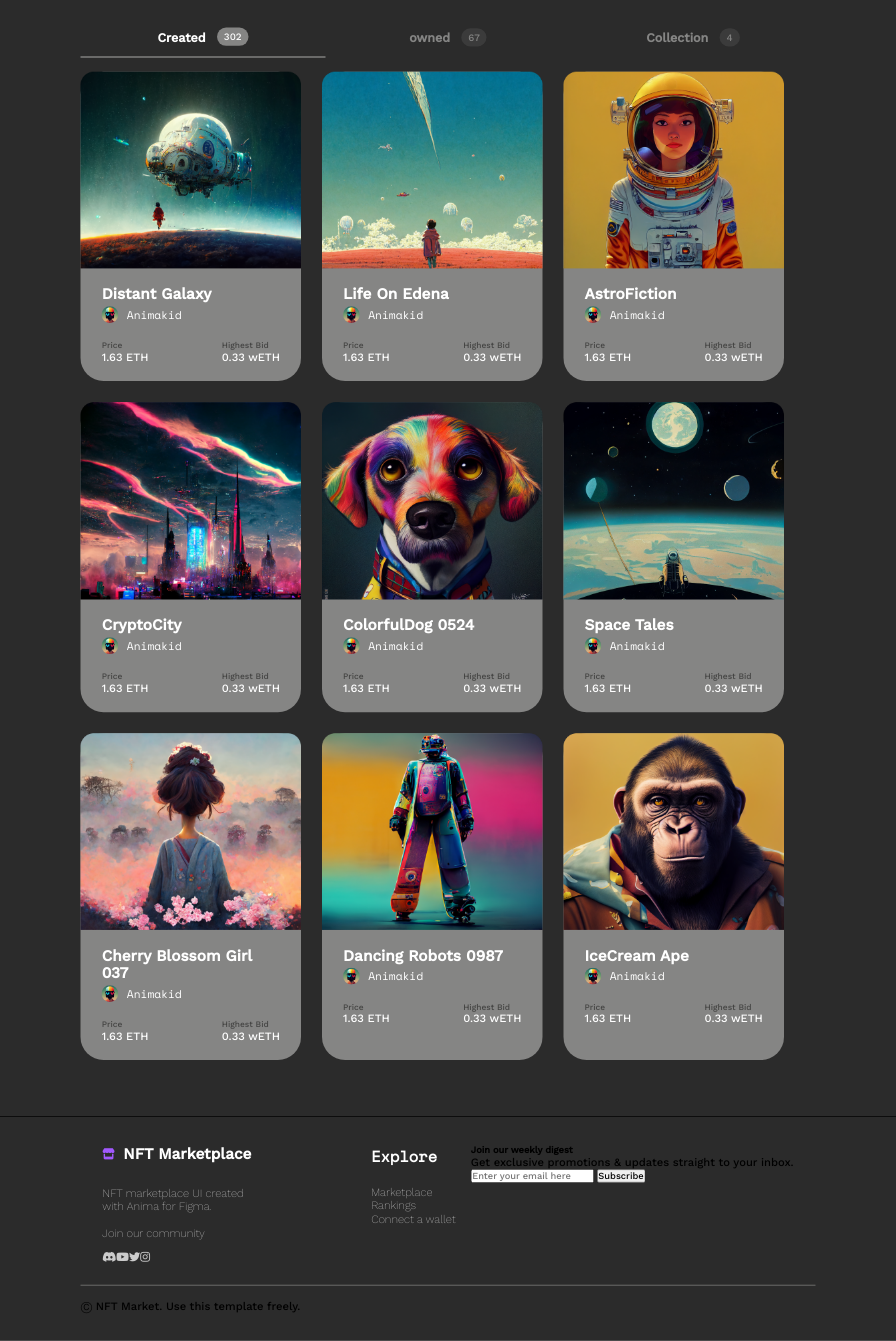
Repository: levananh202ht/NFT_Marketplace
Page: index.html
The author's editor kept a copy of each file at every save. The page is drawn from the files as they stood at one save, then again after the next save.
The browser window is 1280 px wide. The pictures show the part of the page from y = 849 to 2769 px (the page is 2764 px tall before and 2769 px after), at 70% of full size.

Above is the page before, as saved 2023-12-11 01:47:10.

### index.html
<!DOCTYPE html>
<html lang="en">
<head>
    <meta charset="UTF-8">
    <meta name="viewport" content="width=device-width, initial-scale=1.0">
    <link rel="stylesheet" href="index.css">
    <link rel="stylesheet" href="responsive.css">
    <link rel="stylesheet" href="https://cdnjs.cloudflare.com/ajax/libs/font-awesome/6.5.1/css/all.min.css" integrity="sha512-DTOQO9RWCH3ppGqcWaEA1BIZOC6xxalwEsw9c2QQeAIftl+Vegovlnee1c9QX4TctnWMn13TZye+giMm8e2LwA==" crossorigin="anonymous" referrerpolicy="no-referrer" />
    <title>Document</title>
</head>
<body>
    <div class="nft_container">
        <!-- header -->
        <div class="nft_header">

            <div class="nft_header-left">
                <i class="fa-solid fa-store"></i>
                <h3>NFT Marketplace</h3>
            </div>

            <ul class="nft_header-right">
                <li class="nft_header-right-item">Marketplace</li>
                <li class="nft_header-right-item">Rankings</li>
                <li class="nft_header-right-item">Connect a wallet</li>
                <li class="nft_header-right-item">
                    <div>
                        <i class="fa-regular fa-user"></i>
                        <p>Sign Up</p>
                    </div>
                </li>
            </ul>

            <i class="icon-bar-responsive fa-solid fa-bars-staggered"></i>

        </div>
        <!-- profileImage -->
        <div class="nft_profileImage">
            <img src="./assets/images/Avatar Placeholder.png" alt="">
        </div>
        <!-- userInfo -->
        <div class="nft_userInfo">

            <div class="nft_userInfo-top">

                <h2>Animakid</h2>
                <div class="nft_userInfo-top-button">
                    <button>
                        <i class="fa-regular fa-copy"></i>
                        <p>0xc0E3...B79C</p>
                    </button>
                    <button>
                        <i class="fa-solid fa-plus"></i>
                        <p>Follow</p>
                    </button>
                </div>

            </div>

            <div class="nft_userInfo-bottom">

                <div class="nft_userInfo-bottom-param">

                    <div>
                        <p class="param">250k+</p>
                        <p class="text">Volume</p>
                    </div>

                    <div>
                        <p class="param">50+</p>
                        <p class="text">NFTs Sold</p>
                    </div>

                    <div>
                        <p class="param">3000+</p>
                        <p class="text">Followers</p>
                    </div>

                </div>

                <div class="nft_userInfo-bottom-bio">

                    <h5>Bio</h5>
                    <p>The internet's friendliest designer kid.</p>

                </div>

                <div class="nft_userInfo-bottom-links">

                    <h5>Links</h5>
                    <ul>
                        <li>
                            <a href="">
                                <i class="fa-solid fa-globe"></i>
                            </a>
                        </li>
                        <li>
                            <a href="https://discord.com/">
                                <i class="fa-brands fa-discord"></i>
                            </a>
                        </li>
                        <li>
                            <a href="https://www.youtube.com/">
                                <i class="fa-brands fa-youtube"></i>
                            </a>
                        </li>
                        <li>
                            <a href="https://twitter.com/">
                                <i class="fa-brands fa-twitter"></i>
                            </a>
                        </li>
                        <li>
                            <a href="https://www.instagram.com/">
                                <i class="fa-brands fa-instagram"></i>
                            </a>
                        </li>
                    </ul>

                </div>

            </div>

        </div>
        <!-- tab -->
        <div class="nft_tab">

            <div class="nft_tab-1">
                <h5>Created</h5>
                <p>302</p>
            </div>
            <div class="nft_tab-2">
                <h5>owned</h5>
                <p>67</p>
            </div>
            <div class="nft_tab-3">
                <h5>Collection</h5>
                <p>4</p>
            </div>

        </div>
        <!-- cardSection -->
        <div class="nft_cardSection">

            <div class="nft_cardSection-item">

                <img class="nft_cardSection-item-img" src="./assets/images/Image Placeholder (1).png" alt="Image Placeholder">

                <div class="nft_cardSection-item-info">

                    <h5>Distant Galaxy</h5>
                    <div >
                        <img src="./assets/images/Avatar Placeholder.png" alt="Avatar">
                        <p>Animakid</p>
                    </div>
                    <div >
                        <span>
                            <p>Price</p>
                            <p>1.63 ETH</p>
                        </span>
                        <span>
                            <p>Highest Bid</p>
                            <p>0.33 wETH</p>
                        </span>
                    </div>

                </div>

            </div>
            <div class="nft_cardSection-item">

                <img class="nft_cardSection-item-img" src="./assets/images/Image Placeholder (2).png" alt="Image Placeholder">

                <div class="nft_cardSection-item-info">

                    <h5>Life On Edena</h5>
                    <div >
                        <img src="./assets/images/Avatar Placeholder.png" alt="Avatar">
                        <p>Animakid</p>
                    </div>
                    <div >
                        <span>
                            <p>Price</p>
                            <p>1.63 ETH</p>
                        </span>
                        <span>
                            <p>Highest Bid</p>
                            <p>0.33 wETH</p>
                        </span>
                    </div>

                </div>

            </div>
            <div class="nft_cardSection-item">

                <img class="nft_cardSection-item-img" src="./assets/images/Image Placeholder (3).png" alt="Image Placeholder">

                <div class="nft_cardSection-item-info">

                    <h5>AstroFiction</h5>
                    <div >
                        <img src="./assets/images/Avatar Placeholder.png" alt="Avatar">
                        <p>Animakid</p>
                    </div>
                    <div >
                        <span>
                            <p>Price</p>
                            <p>1.63 ETH</p>
                        </span>
                        <span>
                            <p>Highest Bid</p>
                            <p>0.33 wETH</p>
                        </span>
                    </div>

                </div>

            </div>

            <div class="nft_cardSection-item">

                <img class="nft_cardSection-item-img" src="./assets/images/Image Placeholder (4).png" alt="Image Placeholder">

                <div class="nft_cardSection-item-info">

                    <h5>CryptoCity</h5>
                    <div >
                        <img src="./assets/images/Avatar Placeholder.png" alt="Avatar">
                        <p>Animakid</p>
                    </div>
                    <div >
                        <span>
                            <p>Price</p>
                            <p>1.63 ETH</p>
                        </span>
                        <span>
                            <p>Highest Bid</p>
                            <p>0.33 wETH</p>
                        </span>
                    </div>

                </div>

            </div>
            <div class="nft_cardSection-item">

                <img class="nft_cardSection-item-img" src="./assets/images/Image Placeholder (5).png" alt="Image Placeholder">

                <div class="nft_cardSection-item-info">

                    <h5>ColorfulDog 0524</h5>
                    <div >
                        <img src="./assets/images/Avatar Placeholder.png" alt="Avatar">
                        <p>Animakid</p>
                    </div>
                    <div >
                        <span>
                            <p>Price</p>
                            <p>1.63 ETH</p>
                        </span>
                        <span>
                            <p>Highest Bid</p>
                            <p>0.33 wETH</p>
                        </span>
                    </div>

                </div>

            </div>
            <div class="nft_cardSection-item">

                <img class="nft_cardSection-item-img" src="./assets/images/Image Placeholder (6).png" alt="Image Placeholder">

                <div class="nft_cardSection-item-info">

                    <h5>Space Tales</h5>
                    <div >
                        <img src="./assets/images/Avatar Placeholder.png" alt="Avatar">
                        <p>Animakid</p>
                    </div>
                    <div >
                        <span>
                            <p>Price</p>
                            <p>1.63 ETH</p>
                        </span>
                        <span>
                            <p>Highest Bid</p>
                            <p>0.33 wETH</p>
                        </span>
                    </div>

                </div>

            </div>

            <div class="nft_cardSection-item">

                <img class="nft_cardSection-item-img" src="./assets/images/Image Placeholder (7).png" alt="Image Placeholder">

                <div class="nft_cardSection-item-info">

                    <h5>Cherry Blossom Girl 037</h5>
                    <div >
                        <img src="./assets/images/Avatar Placeholder.png" alt="Avatar">
                        <p>Animakid</p>
                    </div>
                    <div >
                        <span>
                            <p>Price</p>
                            <p>1.63 ETH</p>
                        </span>
                        <span>
                            <p>Highest Bid</p>
                            <p>0.33 wETH</p>
                        </span>
                    </div>

                </div>

            </div>
            <div class="nft_cardSection-item">

                <img class="nft_cardSection-item-img" src="./assets/images/Image Placeholder (8).png" alt="Image Placeholder">

                <div class="nft_cardSection-item-info">

                    <h5>Dancing Robots 0987</h5>
                    <div >
                        <img src="./assets/images/Avatar Placeholder.png" alt="Avatar">
                        <p>Animakid</p>
                    </div>
                    <div >
                        <span>
                            <p>Price</p>
                            <p>1.63 ETH</p>
                        </span>
                        <span>
                            <p>Highest Bid</p>
                            <p>0.33 wETH</p>
                        </span>
                    </div>

                </div>

            </div>
            <div class="nft_cardSection-item">

                <img class="nft_cardSection-item-img" src="./assets/images/Image Placeholder (9).png" alt="Image Placeholder">

                <div class="nft_cardSection-item-info">

                    <h5>IceCream Ape </h5>
                    <div >
                        <img src="./assets/images/Avatar Placeholder.png" alt="Avatar">
                        <p>Animakid</p>
                    </div>
                    <div >
                        <span>
                            <p>Price</p>
                            <p>1.63 ETH</p>
                        </span>
                        <span>
                            <p>Highest Bid</p>
                            <p>0.33 wETH</p>
                        </span>
                    </div>

                </div>

            </div>

        </div>
        <!-- footer -->
        <div class="nft_footer">
            <div class="nft_footer-info">

                <div class="nft_footer-info-item1">

                    <div>
                        <i class="fa-solid fa-store"></i>
                        <h3>NFT Marketplace</h3>
                    </div>
                    <p>NFT marketplace UI created with Anima for Figma.</p>
                    <p>Join our community</p>
                    <ul>
                        <li>
                            <a href="https://discord.com/">
                                <i class="fa-brands fa-discord"></i>
                            </a>
                        </li>
                        <li>
                            <a href="https://www.youtube.com/">
                                <i class="fa-brands fa-youtube"></i>
                            </a>
                        </li>
                        <li>
                            <a href="https://twitter.com/">
                                <i class="fa-brands fa-twitter"></i>
                            </a>
                        </li>
                        <li>
                            <a href="https://www.instagram.com/">
                                <i class="fa-brands fa-instagram"></i>
                            </a>
                        </li>
                    </ul>

                </div>
                <div class="nft_footer-info-item2">
                    <h5>Explore</h5>
                    <p>Marketplace</p>
                    <p>Rankings</p>
                    <p>Connect a wallet</p>
                </div>
                <div class="nft_footer-info-item3">
                    <h5>Join our weekly digest</h5>
                    <p>Get exclusive promotions & updates straight to your inbox.</p>
                    <div>
                        <input type="text" placeholder="Enter your email here">
                        <button>Subscribe</button>
                    </div>
                </div>

            </div>


            <p>Ⓒ NFT Market. Use this template freely.</p>
        </div>

    </div>
</body>
</html>

### index.css
@import url('https://fonts.googleapis.com/css2?family=Work+Sans:ital,wght@0,200;0,500;1,200;1,500&display=swap');
@import url('https://fonts.googleapis.com/css2?family=Space+Mono:ital@0;1&display=swap');

* {
    margin: 0;
    padding: 0;
    box-sizing: border-box;
    font-family: 'Work Sans', sans-serif;
}
.nft_container {
    background: #2B2B2B;
}
    /* CSS header */
.nft_header {
    background: #2B2B2B;
    display: flex;
    justify-content: space-between;
    color: #F5F5F5;
    padding: 20px 50px;
}

.nft_header .nft_header-left {
    display: flex;
    align-items: center;
}
.nft_header .nft_header-left i {
    color: #A259FF;
}
.nft_header .nft_header-left h3 {
    margin-left: 12px;
}

.nft_header .nft_header-right {
    display: flex;
    list-style:  none;
    align-items: center;

}

.nft_header .nft_header-right .nft_header-right-item {
    margin-left: 20px;
    font-size: 16px;
}

.nft_header .nft_header-right .nft_header-right-item:last-child div {
    padding: 24px 30px;
    display: flex;
    border-radius: 20px;
    background: #A259FF;
}

.nft_header .nft_header-right .nft_header-right-item:last-child div i {
    font-size: 20px;
}

.nft_header .nft_header-right .nft_header-right-item:last-child div p {
    margin-left: 12px;
    font-size: 16px;
}
.nft_header .icon-bar-responsive {
    display: none;
}
    /* CSS profileImage */
.nft_profileImage {
    width: 100%;
    height: 320px;
    background-image: url("./assets/images/Image PlaceHolder.png");
    position: relative;

}

.nft_profileImage img {
    left: 9%;
    position: absolute;
    bottom: -50px;
}
    /* CSS userInfo */
.nft_userInfo {
    margin-top: 50px;
    padding: 40px 9%;
    background: #2B2B2B;
    color: #fff;
}
.nft_userInfo .nft_userInfo-top{
    display: flex;
    justify-content: space-between;
    margin-bottom: 30px;
}
.nft_userInfo .nft_userInfo-top h2 {
    font-size:3.3vw;
    color: white;
}
.nft_userInfo .nft_userInfo-top .nft_userInfo-top-button {
    display: flex;
}
.nft_userInfo .nft_userInfo-top .nft_userInfo-top-button button:nth-child(1) {
    background: #A259FF;
    color: white;
    padding: 24px 50px;
    display: flex;
    border: none;
    border-radius: 20px;
    align-items: center;
}
.nft_userInfo .nft_userInfo-top .nft_userInfo-top-button button:nth-child(1) i {
    margin-right: 12px;
}
.nft_userInfo .nft_userInfo-top .nft_userInfo-top-button button:nth-child(2) {
    margin-left: 20px;
    display: flex;
    align-items: center;
    background: #2B2B2B;
    color: white;
    border: 1px solid #A259FF;
    border-radius: 20px;
    padding: 24px 30px;
}
.nft_userInfo .nft_userInfo-top .nft_userInfo-top-button button:nth-child(2) i {
    margin-right: 12px;
    color: #A259FF;
}

.nft_userInfo .nft_userInfo-bottom {

}
.nft_userInfo .nft_userInfo-bottom .nft_userInfo-bottom-param {
    display: flex;
    justify-content: space-between;
    width: 40%;
}
.nft_userInfo .nft_userInfo-bottom .nft_userInfo-bottom-param div p.param {
    font-size: 1.8vw;
}
.nft_userInfo .nft_userInfo-bottom .nft_userInfo-bottom-param div p.text {
    font-size: 1.4vw;
    font-weight: 300;
}
.nft_userInfo .nft_userInfo-bottom .nft_userInfo-bottom-bio {
    margin-top: 30px;
    margin-bottom: 30px;
}
.nft_userInfo .nft_userInfo-bottom .nft_userInfo-bottom-bio h5 {
    font-size: 1.4vw;
    font-weight: 300;
    margin-bottom: 10px;
}
.nft_userInfo .nft_userInfo-bottom .nft_userInfo-bottom-bio p {
    font-size: 1.4vw;
}
.nft_userInfo .nft_userInfo-bottom .nft_userInfo-bottom-links h5 {
    font-size: 1.4vw;
    font-weight: 300;
    margin-bottom: 10px;
}
.nft_userInfo .nft_userInfo-bottom .nft_userInfo-bottom-links ul {
    display: flex;
    list-style: none;
}
.nft_userInfo .nft_userInfo-bottom .nft_userInfo-bottom-links ul li a {
    margin-right: 10px;
    color: #858584;
}
    /* CSS tab */
.nft_tab{
    display: flex;
    padding: 10px 9%;
    justify-content: space-between;
    color: #858584;
}
.nft_tab .nft_tab-1,
.nft_tab .nft_tab-2,
.nft_tab .nft_tab-3{
    display: flex;
    align-items: center;
    width: 33.33%;
    justify-content: center;
}
.nft_tab h5 {
    margin-right: 16px;
    font-size: 1.4vw;
}
.nft_tab p{
    font-size: 1.1vw;
    padding: 5px 10px;
    background-color: #3B3B3B;
    border-radius: 20px;
}
.nft_tab .nft_tab-1 {
    color: #fff;
    border-bottom: 2px solid #858584;
    padding: 15px 0;
}
.nft_tab .nft_tab-1 p {
    background-color: #858584;
}
    /* CSS cardSection */
.nft_cardSection {
    display: grid;
    grid-template-columns: 30% 30% 30%; /* tạo 3 cột  */
    padding: 10px 9%;
    column-gap: 30px; /* cách cột  */
    row-gap: 30px;  /* cách dòng  */
    padding-bottom: 80px;
}
.nft_cardSection .nft_cardSection-item {
    background: #858584;
    border-radius: 33px;
}
.nft_cardSection .nft_cardSection-item .nft_cardSection-item-img {
    width: 100%;
}
.nft_cardSection .nft_cardSection-item .nft_cardSection-item-info {
    padding: 20px 30px 25px;
    color: #fff;
}
.nft_cardSection .nft_cardSection-item .nft_cardSection-item-info  h5 {
    font-size: 22px;
    font-weight: 600;
    margin-bottom: 5px;
}
.nft_cardSection .nft_cardSection-item .nft_cardSection-item-info div:nth-child(2) {
    display: flex;
    margin-bottom: 25px;
    align-items: center;
}
.nft_cardSection .nft_cardSection-item .nft_cardSection-item-info div:nth-child(2) img {
    width: 24px;
    height: 24px;
    margin-right: 12px;
    border-radius: 50%;
}
.nft_cardSection .nft_cardSection-item .nft_cardSection-item-info div:nth-child(2) p {
    font-size: 16px;
    font-style: normal;
    font-family: 'Space Mono', monospace;
    font-weight: 400;
}
.nft_cardSection .nft_cardSection-item .nft_cardSection-item-info div:nth-child(3) {
    display: flex;
    justify-content: space-between;
    font-family: 'Space Mono', monospace;
}
.nft_cardSection .nft_cardSection-item .nft_cardSection-item-info div:nth-child(3) span p:nth-child(1) {
    font-size: 12px;
    font-style: normal;
    font-weight: 400;
    color: #444443;
}
.nft_cardSection .nft_cardSection-item .nft_cardSection-item-info div:nth-child(3) span p:nth-child(2) {
    font-size: 16px;
    font-style: normal;
    font-weight: 400;
}
    /* CSS footer */
.nft_footer {
    padding: 40px 9%;
    border-top: 1px solid #000;
}
.nft_footer .nft_footer-info {
    display: flex;
    justify-content: space-between;
    padding: 0 31px 30px;
    border-bottom: 1px solid #858584;
    margin-bottom: 20px;
}
.nft_footer .nft_footer-info .nft_footer-info-item1 div {
    display: flex;
    align-items: center;
    margin-bottom: 33.6px;
}
.nft_footer .nft_footer-info .nft_footer-info-item1 div i {
    color: #A259FF;
    margin-right: 12px;
}
.nft_footer .nft_footer-info .nft_footer-info-item1 div h3 {
    color: #fff;
    font-size: 22px;
}
.nft_footer .nft_footer-info .nft_footer-info-item1 p {
    color: #CCC;
    font-size: 16px;
    font-weight: 200;
    width: 65%;
}
.nft_footer .nft_footer-info .nft_footer-info-item1 p:nth-child(2){
    margin-bottom: 20px;
}
.nft_footer .nft_footer-info .nft_footer-info-item1 p:nth-child(3){
    margin-bottom: 15px;
}
.nft_footer .nft_footer-info .nft_footer-info-item1  ul {
    display: flex;
    list-style: none;
}
.nft_footer .nft_footer-info .nft_footer-info-item1  ul li a {
    color: #ccc;
}
.nft_footer .nft_footer-info .nft_footer-info-item2 {
    color: #CCC;
}
.nft_footer .nft_footer-info .nft_footer-info-item2 h5 {
    font-family: Space Mono;
    font-size: 22px;
    font-style: normal;
    font-weight: 700;
    color: #fff;
    padding-bottom: 25px;
}
.nft_footer .nft_footer-info .nft_footer-info-item2  p {
    font-family: Work Sans;
    font-size: 16px;
    font-style: normal;
    font-weight: 200;
}

Loaded but not shown: responsive.css (104 lines, source omitted)

After the next save:
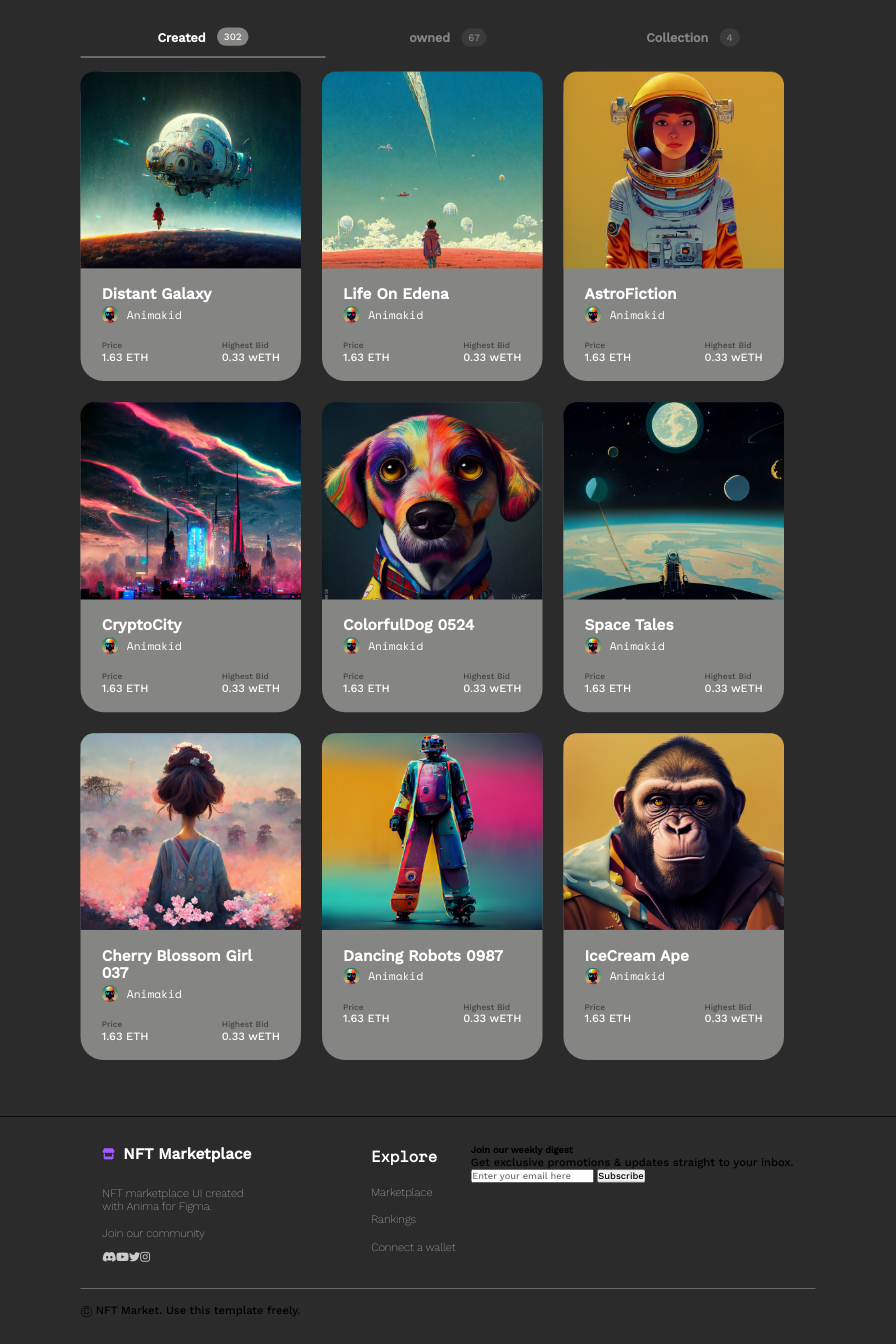
Saved 29 s later.
--- a/index.css
+++ b/index.css
@@ -311,4 +311,5 @@
     font-size: 16px;
     font-style: normal;
     font-weight: 200;
-}
+    padding-bottom: 20px;
+}
